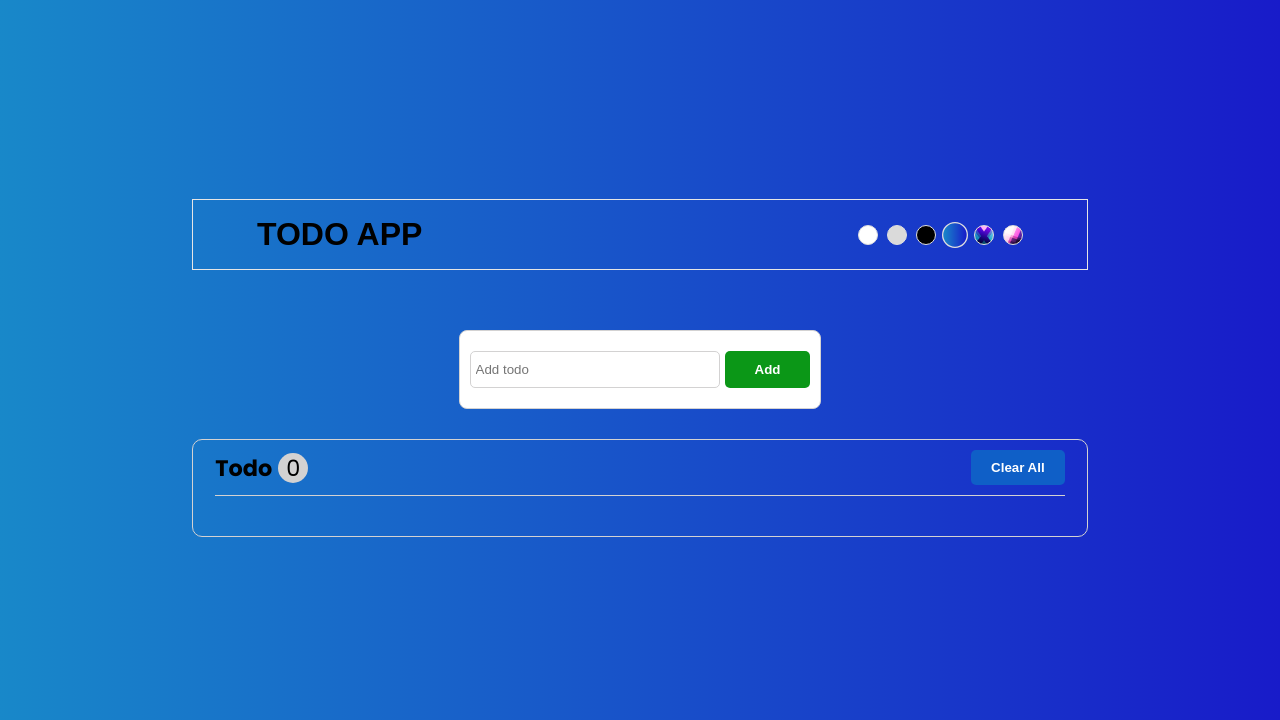
Repository: michalmilek/TodoApp
Page: /
These files come from the project's save history. The page is drawn as it stood at one moment and after the next save; the edit follows.
The browser window is 1280 px wide. The pictures show the whole page.
Some web fonts or font styles are not loaded; a fallback is used. The project was rebuilt for these pictures with package versions that can differ from the ones it lists, and the page was loaded fresh each time. Also part of the build but not shown: vite.config.js.

Above is the page before, as saved 2023-02-01 15:57:53.

After the next save:
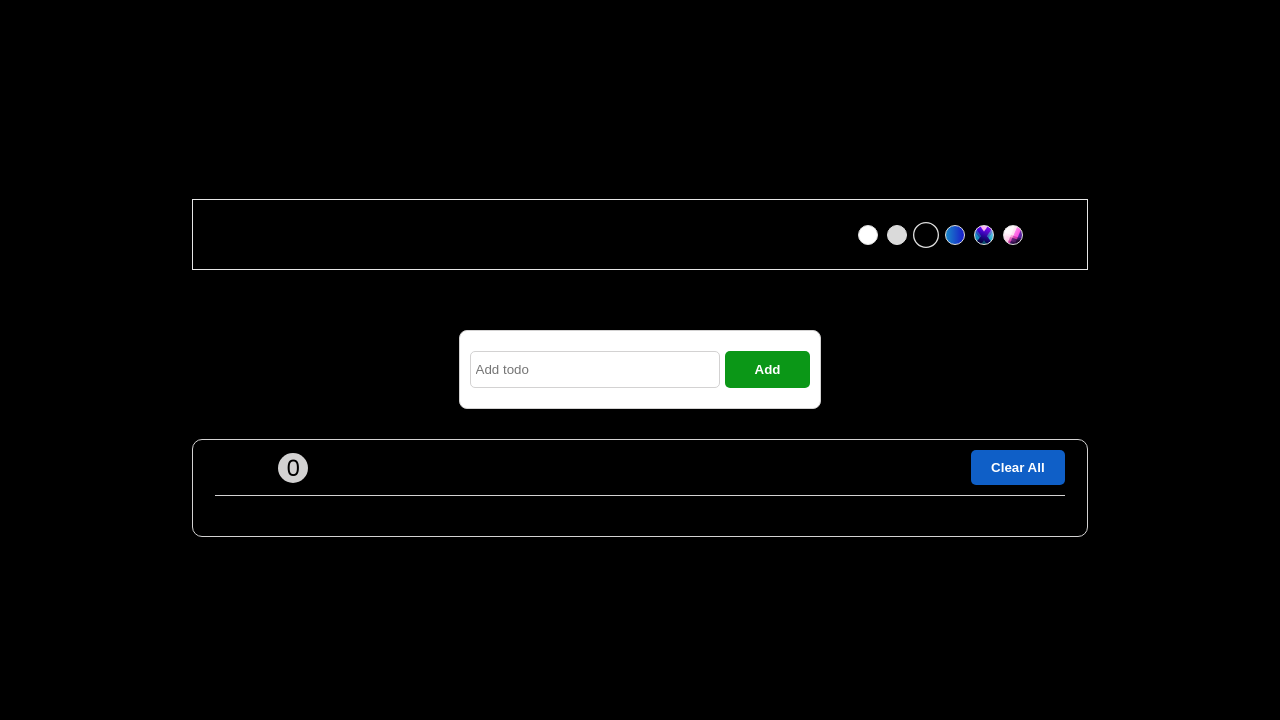
Saved 31 s later.
--- a/src/App.jsx
+++ b/src/App.jsx
@@ -5,7 +5,7 @@ import Header from "./components/Header";
 import ShowTodo from "./components/ShowTodo";
 
 function App() {
-  const [theme, setTheme] = useState("g1");
+  const [theme, setTheme] = useState("dark");
   const [todolist, setTodolist] = useState(
     JSON.parse(localStorage.getItem("todolist")) || []
   );
